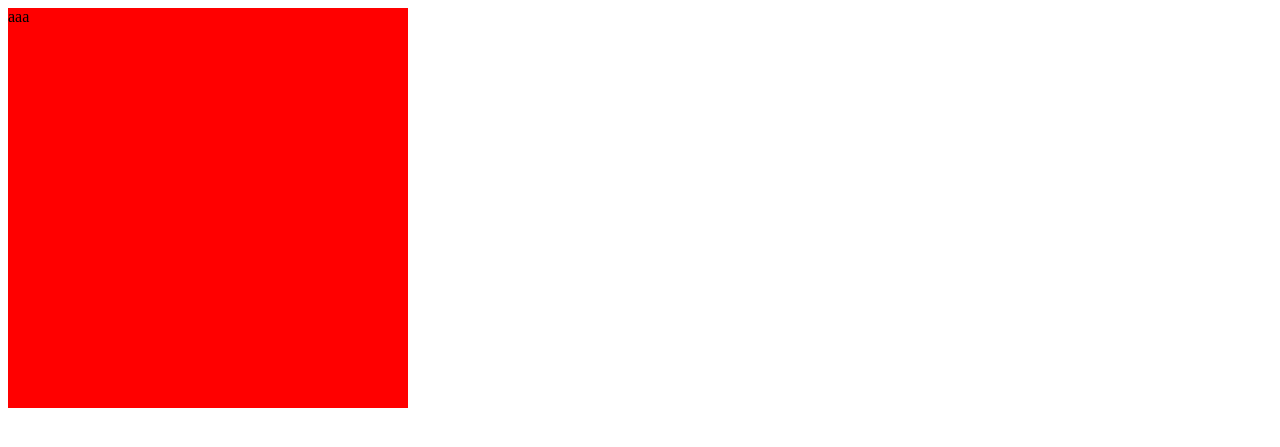
Repository: hdsshj/Typescript
Page: 13_Public_Private/index.html
An editor plug-in stored every save of this project. The page is shown before and after the next save, followed by the edit.
The browser window is 1280 px wide. The pictures show the whole page.

Above is the page before, as saved 2022-06-21 07:52:42.
Console error: TypeError: Cannot read properties of null (reading 'insertAdjacentHTML')

### 13_Public_Private/index.html
<!DOCTYPE html>
<html lang="en">
  <head>
    <meta charset="UTF-8" />
    <meta http-equiv="X-UA-Compatible" content="IE=edge" />
    <meta name="viewport" content="width=device-width, initial-scale=1.0" />
    <title>Document</title>
  </head>
  <script src="index.js"></script>
  <style>
    .container {
      width: 400px;
      height: 400px;
      background-color: red;
    }
  </style>
  <body>
    <div class="container">aaa</div>
  </body>
</html>

### 13_Public_Private/index.js
class User {
    static x = 10;
    static y = 20;
    static addOne(a) {
        User.x += a;
    }
    static printX() {
        console.log(User.x);
    }
}
User.addOne(32); //이렇게 하면 x가 3 더해져야함
User.addOne(4); //이렇게 하면 x가 4 더해져야함
User.printX(); //이렇게 하면 콘솔창에 x값이 출력되어야함
class Square {
    width;
    height;
    color;
    constructor(w, h, c) {
        this.width = w;
        this.height = h;
        this.color = c;
    }
    draw() {
        let randomLeft = Math.floor(Math.random() * 400);
        let randomTop = Math.floor(Math.random() * 400);
        let style = `<div style="
    position:absolute;
    width:${this.width}px;
    height:${this.height}px;
    top:${randomTop}px;
    left:${randomLeft}px;
    background:${this.color};
    ">
    </div>`;
        document.body.insertAdjacentHTML("beforeend", style);
    }
}
let addSquare = new Square(30, 30, "blue");
addSquare.draw();
addSquare.draw();
addSquare.draw();
addSquare.draw();
addSquare.draw();
addSquare.draw();
addSquare.draw();
addSquare.draw();
addSquare.draw();
addSquare.draw();
addSquare.draw();

After the next save:
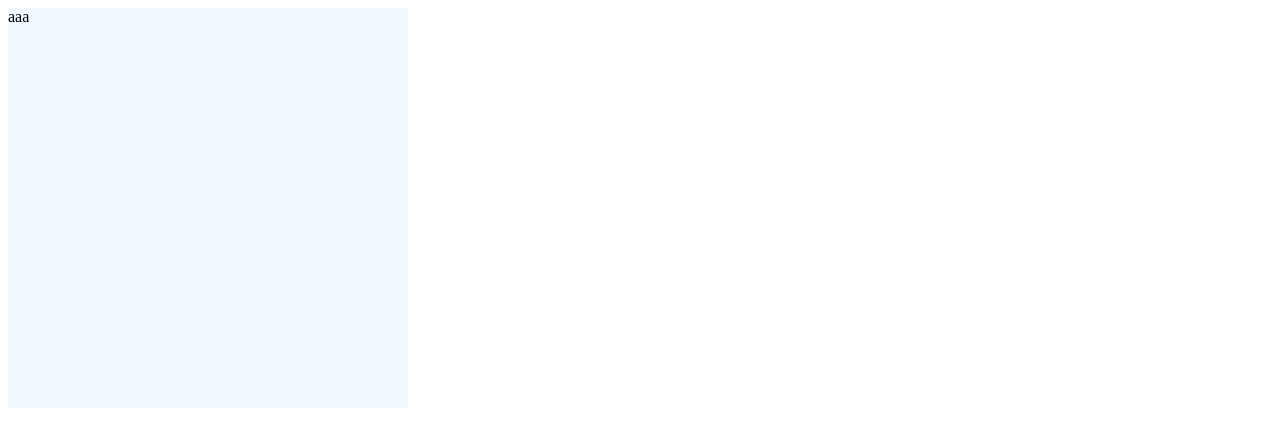
Saved 17 s later.
--- a/13_Public_Private/index.html
+++ b/13_Public_Private/index.html
@@ -11,7 +11,7 @@
     .container {
       width: 400px;
       height: 400px;
-      background-color: red;
+      background-color: aliceblue;
     }
   </style>
   <body>
